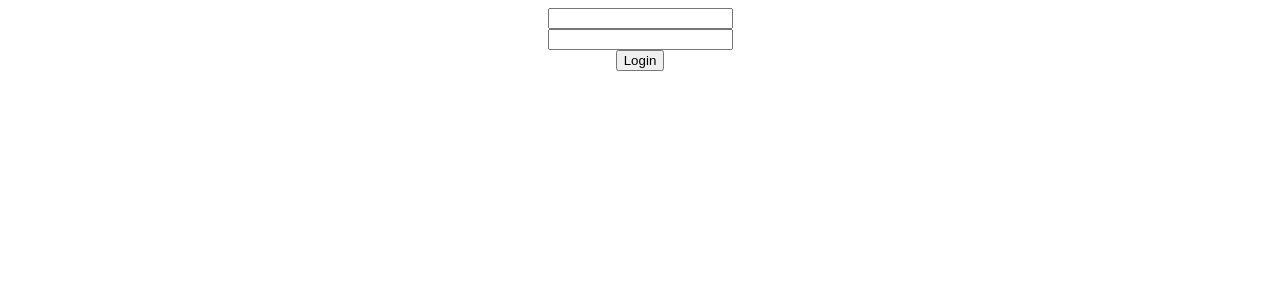
Repository: amirdt22/CT390_Project
Page: http://localhost/craig-project/
The author's editor kept a copy of each file at every save. The page is drawn from the files as they stood at one save, then again after the next save.
The browser window is 1280 px wide. The pictures show the whole page.
The page is served by Tomcat 9.

Above is the page before, as saved 2012-04-22 12:43:39.

After the next save:
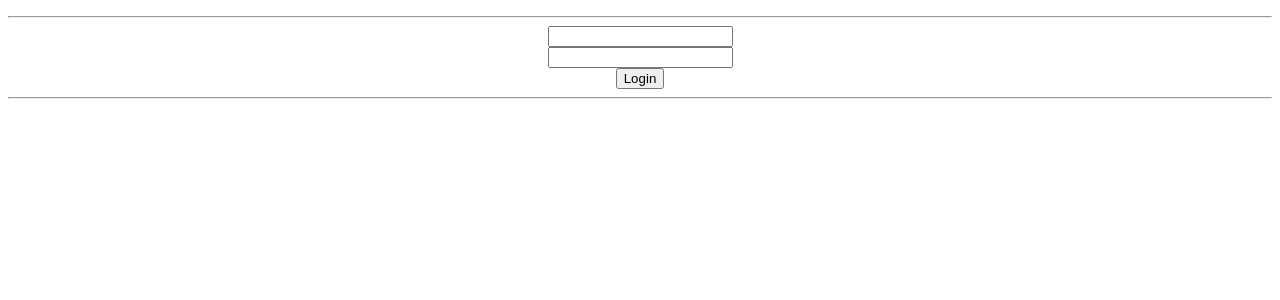
Saved 55 s later.
--- a/craig-project/WebContent/index.jsp
+++ b/craig-project/WebContent/index.jsp
@@ -8,11 +8,13 @@
 </head>
 <body>
 <center>
+<p><hr>
 <form action="Login" method="POST">
 	<input type="text" name="username" id="username"><br>
 	<input type="password" name="password" id="password"><br>
 	<input type="submit" value="Login" id="loginSubmit"/>
 </form>
+<hr></p>
 </center>
 </body>
 </html>
